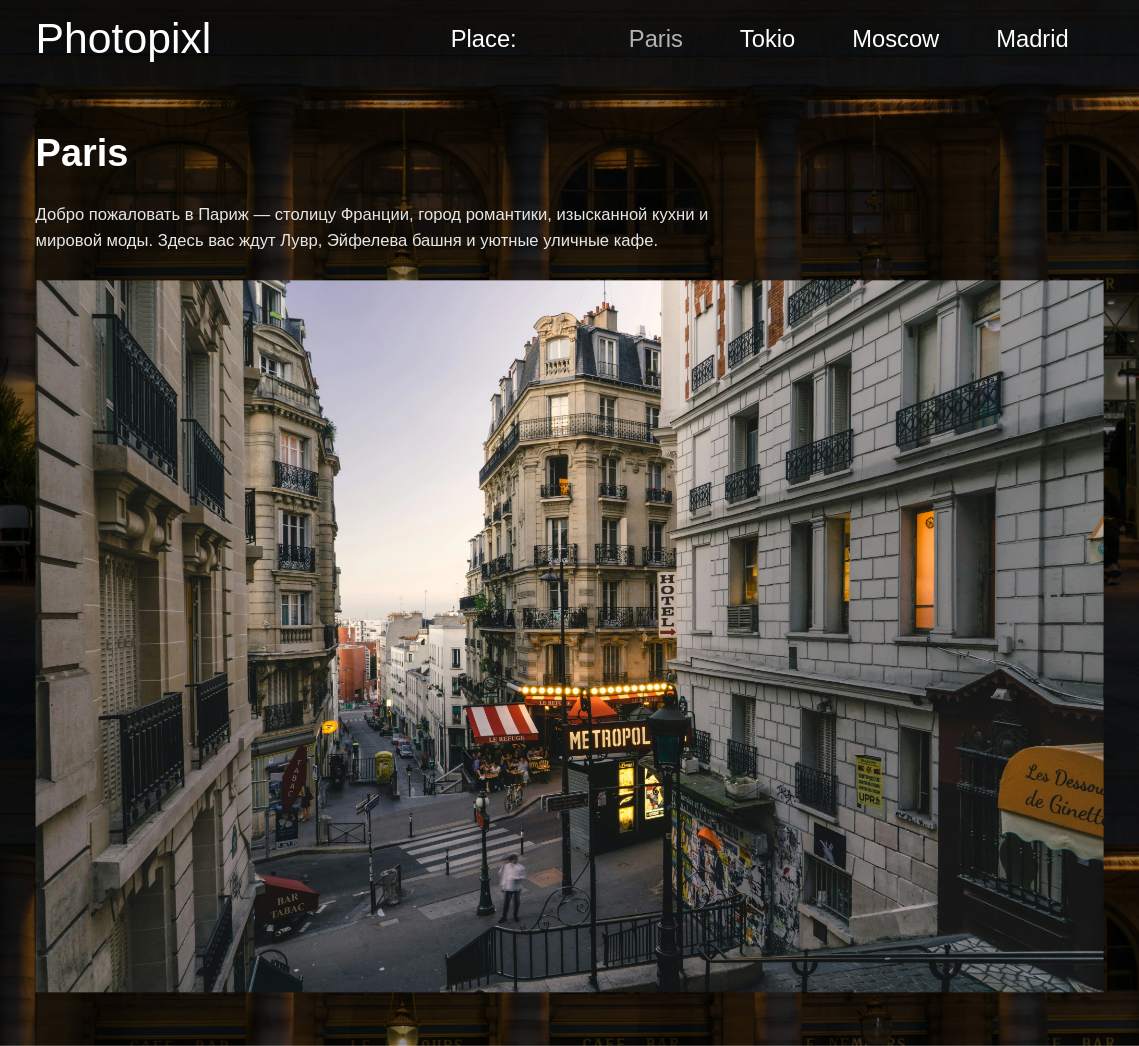
Repository: git-daniil/place-site
Page: index.html
The author's editor kept a copy of each file at every save. The page is drawn from the files as they stood at one save, then again after a run of saves.
The browser window is 1280 px wide. The pictures show the whole page, at 89% of full size.
Backgrounds fixed to the window are drawn as part of the page. Some web fonts or font styles are not loaded; a fallback is used.

Above is the page before, as saved 2026-05-19 17:39:15.

### index.html
<!DOCTYPE html>
<html lang="ru">
<head>
    <meta charset="UTF-8">
    <meta name="viewport" content="width=device-width, initial-scale=1.0">
    <title>Photopixl — Paris</title>
    <link rel="stylesheet" href="style.css">
</head>
<body class="paris-page">

    <nav class="navbar">
        <a href="index.html" class="logo">Photopixl</a>
        <div class="place-label">Place:</div>
        <div class="nav-links">
            <a href="index.html" class="city-link active">Paris</a>
            <a href="tokio.html" class="city-link">Tokio</a>
            <a href="moscow.html" class="city-link">Moscow</a>
            <a href="madrid.html" class="city-link">Madrid</a>
        </div>
    </nav>

    <main class="content-section">
        <h1>Paris</h1>
        <p>Добро пожаловать в Париж — столицу Франции, город романтики, изысканной кухни и мировой моды. Здесь вас ждут Лувр, Эйфелева башня и уютные уличные кафе.</p>
        <img src="paris1.webp" alt="Paris" class="content-image">
    </main>

</body>
</html>

### style.css
@font-face {
    font-family: 'Gilroy-Regular';
    src: local('Gilroy-Regular'), url('fonts/Gilroy-Regular.woff2') format('woff2');
    font-weight: normal;
    font-style: normal;
}
@font-face {
    font-family: 'Seenonim';
    src: local('Seenonim'), url('fonts/Seenonim.woff2') format('woff2');
    font-weight: normal;
    font-style: normal;
}

body {
    margin: 0;
    padding: 0;
    background-color: #ffffff;
    font-family: Arial, sans-serif;
}

.navbar {
    display: flex;
    align-items: center;
    background: none;
    padding: 20px 40px;
}

.logo {
    font-family: 'Gilroy-Regular', sans-serif;
    font-size: 36pt;
    color: #000000;
    line-height: 1;
    text-decoration: none;
}

.place-label {
    font-family: 'Seenonim', sans-serif;
    font-size: 20pt;
    color: #000000;
    margin-left: 269px;
    line-height: 1;
}

.nav-links {
    display: flex;
    margin-left: 126px;
}

.city-link {
    font-family: 'Seenonim', sans-serif;
    font-size: 20pt;
    color: #000000;
    text-decoration: none;
    line-height: 1;
}

.city-link.active {
    color: #8c8c8c;
}

.city-link:not(:last-child) {
    margin-right: 64px;
}

.content-section {
    padding: 60px 40px;
}

.content-section h1 {
    font-size: 32pt;
    margin-top: 0;
    font-family: 'Gilroy-Regular', sans-serif;
}

.content-section p {
    font-size: 14pt;
    color: #333333;
    line-height: 1.6;
    max-width: 800px;
}

.content-image {
    display: block;
    max-width: 100%;
    height: auto;
    margin-top: 30px;
}

body.paris-page {
    background-image: linear-gradient(rgba(0, 0, 0, 0.4), rgba(0, 0, 0, 0.4)), url('paris-bg.webp');
    background-size: cover;
    background-position: center;
    background-repeat: no-repeat;
    background-attachment: fixed;
    min-height: 100vh;
}

body.paris-page .logo {
    color: #ffffff;
}

body.paris-page .place-label {
    color: #ffffff;
}

body.paris-page .city-link {
    color: #ffffff;
}

body.paris-page .city-link.active {
    color: #b3b3b3;
}

body.paris-page .content-section h1 {
    color: #ffffff;
}

body.paris-page .content-section p {
    color: #e6e6e6;
}

After the next 2 saves:
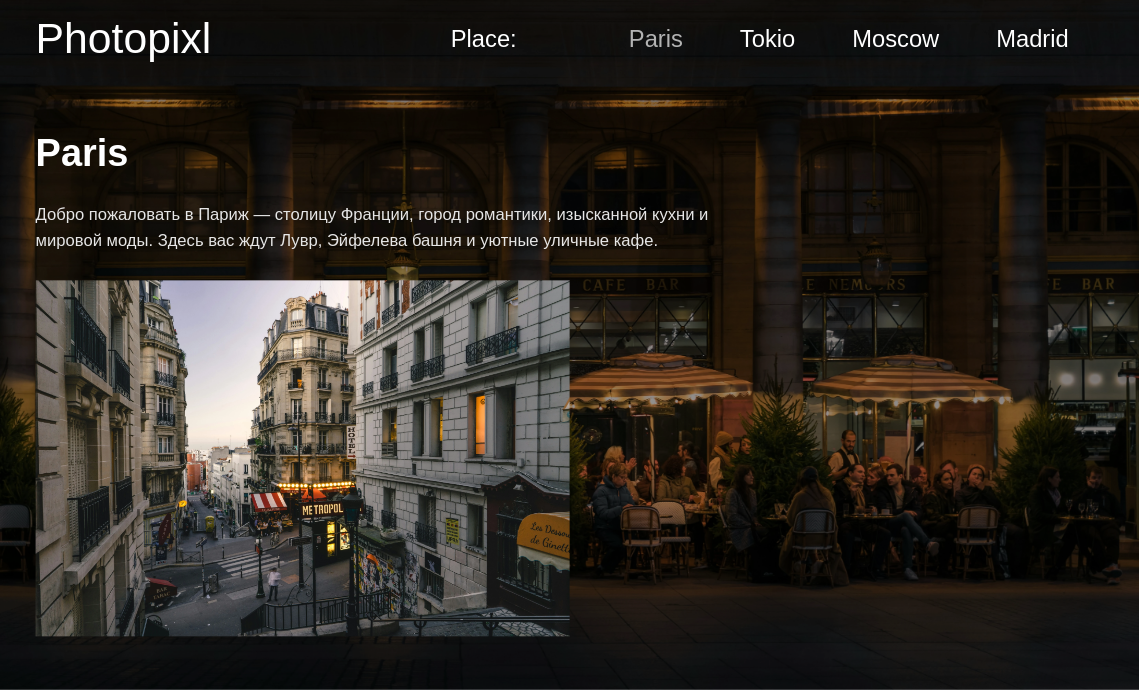
The 2 saves are shown as one change because they came seconds apart.
The last was saved 25 min 5 s later.
--- a/style.css
+++ b/style.css
@@ -81,7 +81,7 @@ body {
 
 .content-image {
     display: block;
-    max-width: 100%;
+    max-width: 50%;
     height: auto;
     margin-top: 30px;
 }
